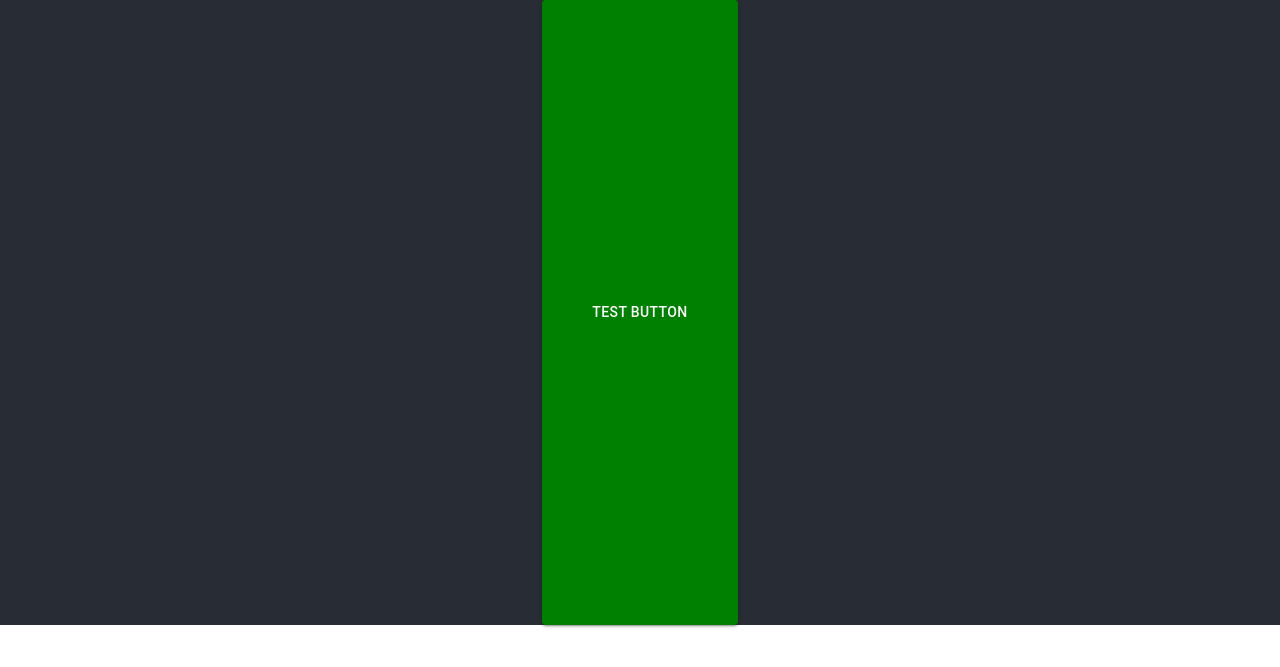
Repository: ShunsukeTanizaki/COVID19-Live
Page: /
These files come from the project's save history. The page is drawn as it stood at one moment and after the next save; the edit follows.
The browser window is 1280 px wide. The pictures show the whole page.
The project was rebuilt for these pictures with package versions that can differ from the ones it lists, and the page was loaded fresh each time.

Above is the page before, as saved 2020-11-07 23:15:10.

### src/App.tsx
import React from "react";
// import logo from "./logo.svg";
import "./App.css";
import LinePlot from "./components/LinePlot";
import PiePlot from "./components/PiePlot";
import BarPlot from "./components/BarPlot";
import RaderPlot from "./components/RaderPlot";
import BubblePlot from "./components/BubblePlot";
import MaterialUI from "./components/MaterialUI ";

function App() {
    return (
        <div className="App">
            {/* <LinePlot />
            <PiePlot />
            <BarPlot />
            <RaderPlot />
            <BubblePlot /> */}

            <MaterialUI />
        </div>
    );
}

export default App;

### src/App.css
.App {
    background-color: #282c34;
    text-align: center;
}

.App-logo {
    height: 40vmin;
    pointer-events: none;
}

@media (prefers-reduced-motion: no-preference) {
    .App-logo {
        animation: App-logo-spin infinite 20s linear;
    }
}

.App-header {
    background-color: #282c34;
    min-height: 100vh;
    display: flex;
    flex-direction: column;
    align-items: center;
    justify-content: center;
    font-size: calc(10px + 2vmin);
    color: white;
}

.App-link {
    color: #61dafb;
}

@keyframes App-logo-spin {
    from {
        transform: rotate(0deg);
    }
    to {
        transform: rotate(360deg);
    }
}

### src/components/MaterialUI .tsx
import React from "react";
import { Button, makeStyles } from "@material-ui/core";

const useStyles = makeStyles({
    btnStyle: {
        background: "green",
        padding: "300px 50px"
    }
});

const MaterialUI: React.FC = () => {
    const classes = useStyles();
    return (
        <div>
            <Button
                className={classes.btnStyle}
                variant="contained"
                color="primary"
            >
                test Button
            </Button>
        </div>
    );
};

export default MaterialUI;

Loaded but not shown: public/index.html (common file); src/index.tsx (common file); src/index.css (common file); src/reportWebVitals.ts (common file)

After the next save:
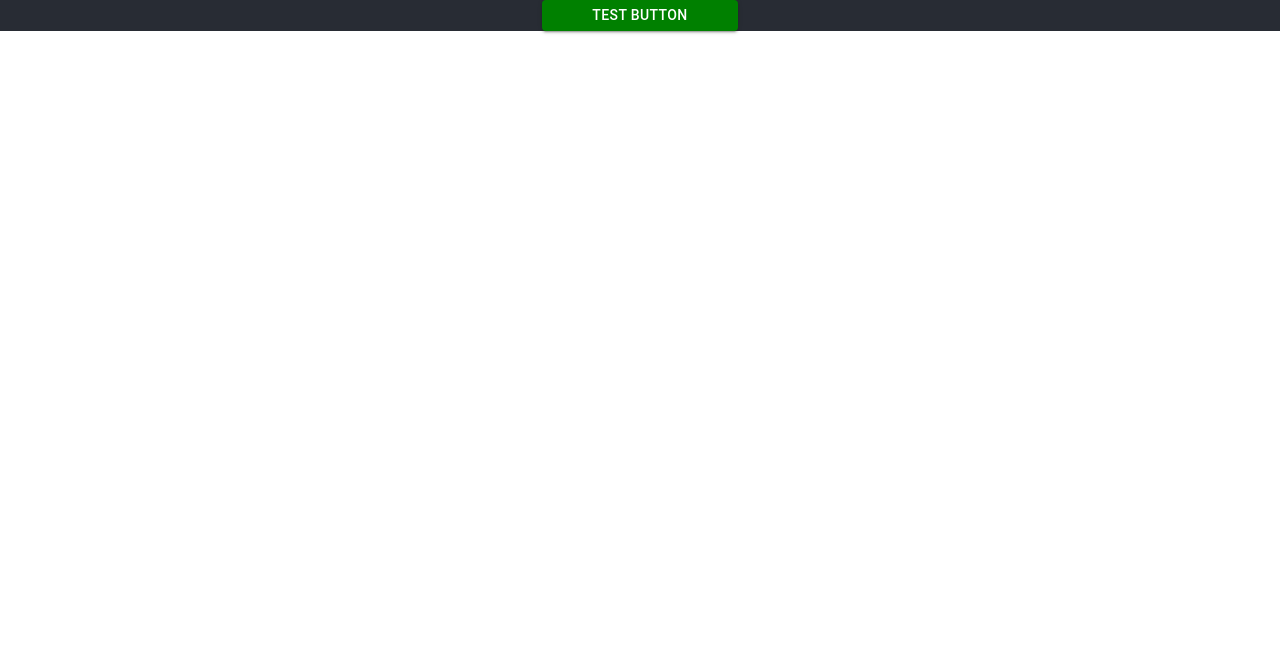
Saved 7 s later.
--- a/src/components/MaterialUI .tsx
+++ b/src/components/MaterialUI .tsx
@@ -4,7 +4,7 @@ import { Button, makeStyles } from "@material-ui/core";
 const useStyles = makeStyles({
     btnStyle: {
         background: "green",
-        padding: "300px 50px"
+        padding: "3px 50px"
     }
 });
 
